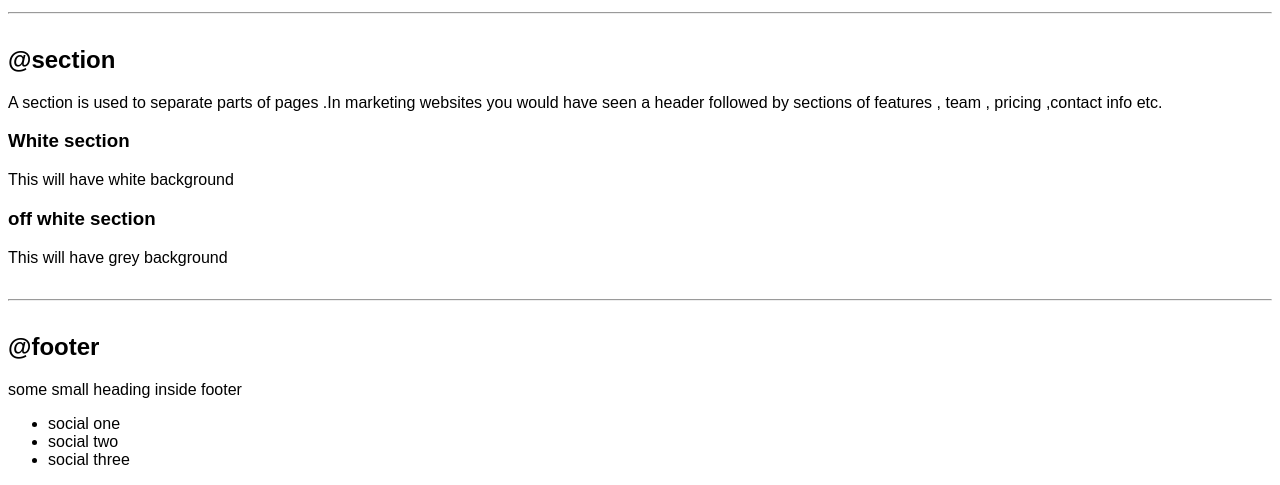
Repository: nihalani20/KomalNihalani-Portfolio
Page: index.html
The author's editor kept a copy of each file at every save. The page is drawn from the files as they stood at one save, then again after the next save.
The browser window is 1280 px wide. The pictures show the part of the page from y = 2075 to 2594 px (the page is 2560 px tall before and 2594 px after).
A picture or video elsewhere on the page could not be fetched, so the positions and the page height are approximate.

Above is the page before, as saved 2023-10-29 14:01:56.

After the next save:
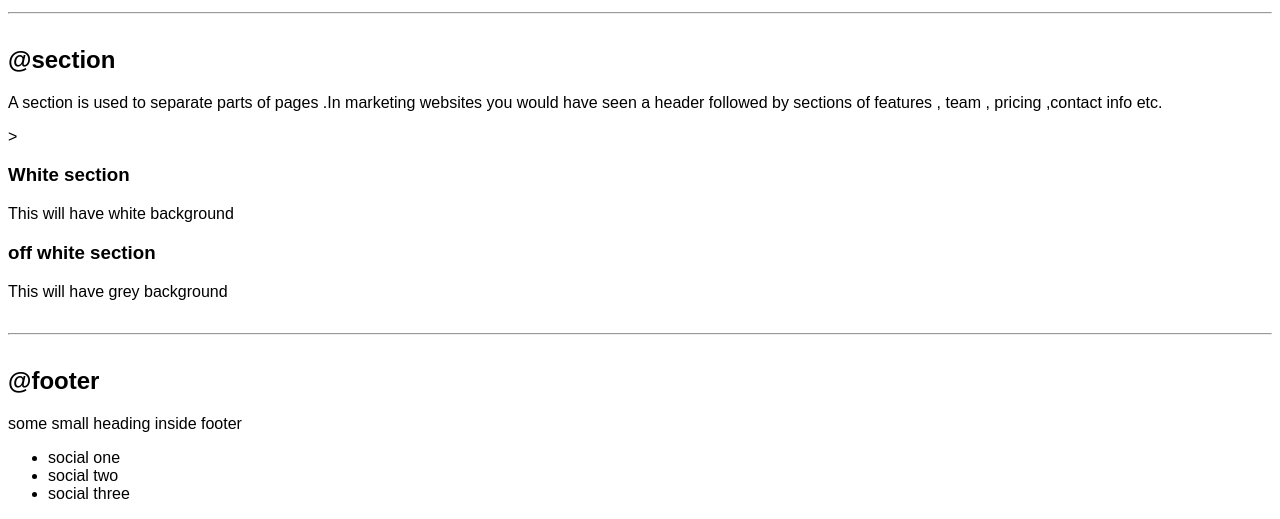
Saved 6 s later.
--- a/index.html
+++ b/index.html
@@ -122,7 +122,7 @@
 
 
 
-<section class="section"
+<section class="section"></section>
 
 >
     <h3>White section</h3>

After the save that followed:
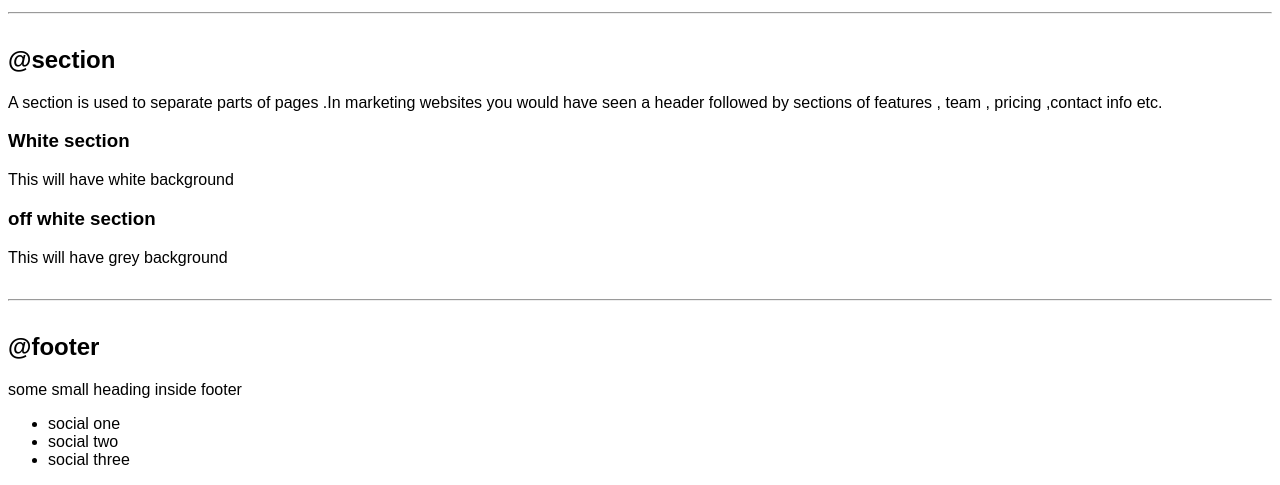
Saved 4 s later.
--- a/index.html
+++ b/index.html
@@ -122,7 +122,7 @@
 
 
 
-<section class="section"></section>
+<section class="section"></section
 
 >
     <h3>White section</h3>
